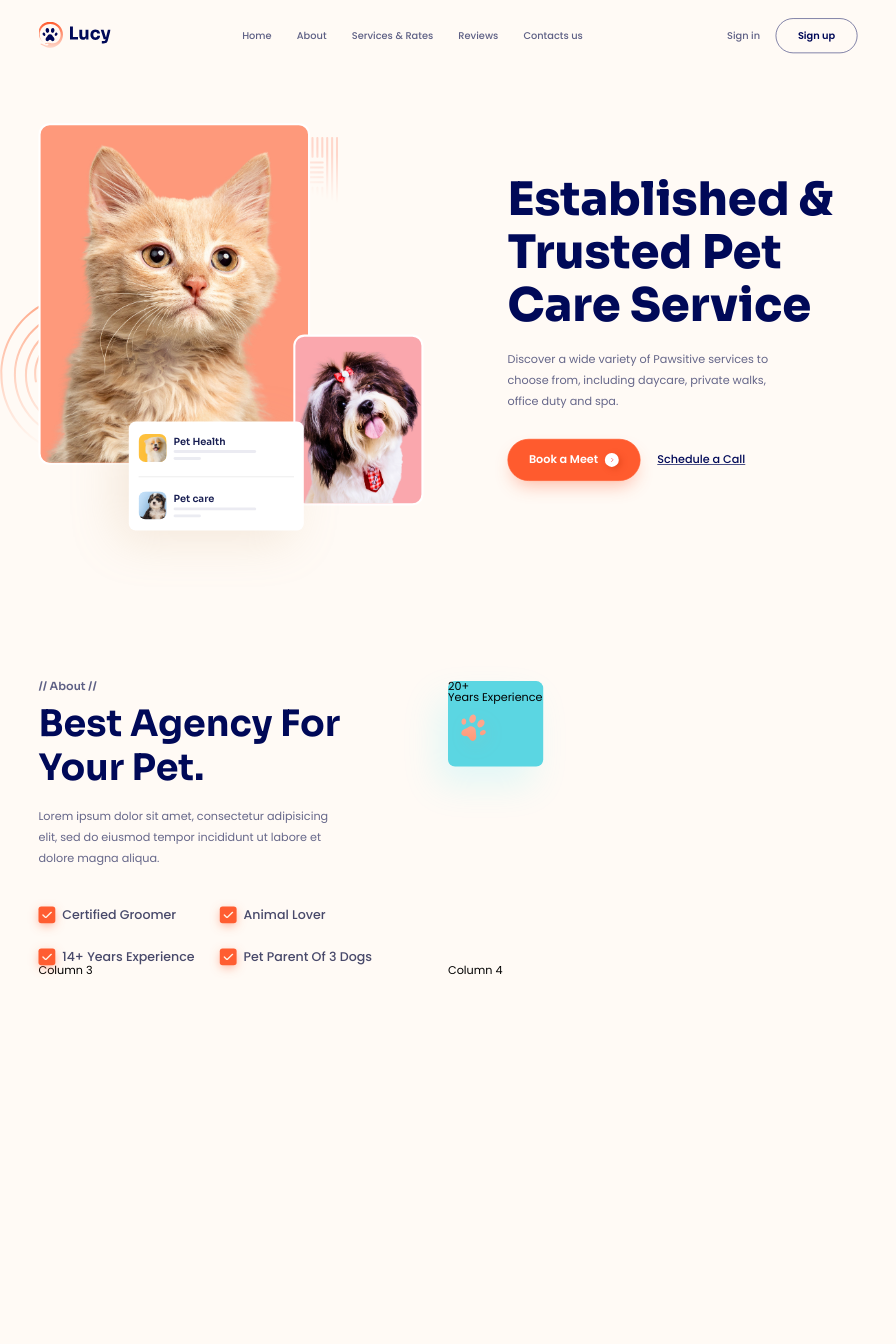
Repository: empty24062002/f8-project-05
Page: index.html
These files come from the project's save history. The page is drawn as it stood at one moment and after the next save; the edit follows.
The browser window is 1280 px wide. The pictures show the part of the page from y = 0 to 1920 px (the page is 10965 px tall), at 70% of full size.

Above is the page before, as saved 2023-09-11 10:07:29.

### index.html
<!DOCTYPE html>
<html lang="en">
    <head>
        <meta charset="UTF-8" />
        <meta name="viewport" content="width=device-width, initial-scale=1.0" />
        <title>Lucy</title>
        <!-- favicon -->
        <link
            rel="apple-touch-icon"
            sizes="57x57"
            href="./assets/favicon/apple-icon-57x57.png"
        />
        <link
            rel="apple-touch-icon"
            sizes="60x60"
            href="./assets/favicon/apple-icon-60x60.png"
        />
        <link
            rel="apple-touch-icon"
            sizes="72x72"
            href="./assets/favicon/apple-icon-72x72.png"
        />
        <link
            rel="apple-touch-icon"
            sizes="76x76"
            href="./assets/favicon/apple-icon-76x76.png"
        />
        <link
            rel="apple-touch-icon"
            sizes="114x114"
            href="./assets/favicon/apple-icon-114x114.png"
        />
        <link
            rel="apple-touch-icon"
            sizes="120x120"
            href="./assets/favicon/apple-icon-120x120.png"
        />
        <link
            rel="apple-touch-icon"
            sizes="144x144"
            href="./assets/favicon/apple-icon-144x144.png"
        />
        <link
            rel="apple-touch-icon"
            sizes="152x152"
            href="./assets/favicon/apple-icon-152x152.png"
        />
        <link
            rel="apple-touch-icon"
            sizes="180x180"
            href="./assets/favicon/apple-icon-180x180.png"
        />
        <link
            rel="icon"
            type="image/png"
            sizes="192x192"
            href="./assets/favicon/android-icon-192x192.png"
        />
        <link
            rel="icon"
            type="image/png"
            sizes="32x32"
            href="./assets/favicon/favicon-32x32.png"
        />
        <link
            rel="icon"
            type="image/png"
            sizes="96x96"
            href="./assets/favicon/favicon-96x96.png"
        />
        <link
            rel="icon"
            type="image/png"
            sizes="16x16"
            href="./assets/favicon/favicon-16x16.png"
        />
        <link rel="manifest" href="./assets/favicon/manifest.json" />
        <meta name="msapplication-TileColor" content="#ffffff" />
        <meta
            name="msapplication-TileImage"
            content="./assets/favicon/ms-icon-144x144.png"
        />
        <meta name="theme-color" content="#ffffff" />
        <!-- reset CSS -->
        <link rel="stylesheet" href="./assets/css/reset.css" />
        <!-- embed font -->
        <link rel="preconnect" href="https://fonts.googleapis.com" />
        <link rel="preconnect" href="https://fonts.gstatic.com" crossorigin />
        <link
            href="https://fonts.googleapis.com/css2?family=Poppins:wght@300;400;500;600&family=Sora:wght@600;700;800&display=swap"
            rel="stylesheet"
        />
        <!-- style css -->
        <link rel="stylesheet" href="./assets/css/styles.css" />
    </head>
    <body>
        <!-- header -->
        <header class="header">
            <div class="container">
                <div class="header__inner">
                    <!-- logo -->
                    <a href="#!">
                        <img
                            src="./assets/img/logo.svg"
                            alt="Lucy"
                            class="header__logo"
                        />
                    </a>
                    <!-- navbar -->
                    <nav class="navbar">
                        <ul class="navbar__list">
                            <li class="navbar__item">
                                <a href="#!" class="navbar__link"> Home </a>
                            </li>
                            <li class="navbar__item">
                                <a href="#!" class="navbar__link"> About </a>
                            </li>
                            <li class="navbar__item">
                                <a href="#!" class="navbar__link"
                                    >Services & Rates
                                </a>
                            </li>
                            <li class="navbar__item">
                                <a href="#!" class="navbar__link"> Reviews </a>
                            </li>
                            <li class="navbar__item">
                                <a href="#!" class="navbar__link">
                                    Contacts us
                                </a>
                            </li>
                        </ul>
                    </nav>
                    <!-- header action -->
                    <div class="header-action">
                        <a href="#!" class="header-action__link">Sign in</a>
                        <a href="#!" class="btn header-action__btn">Sign up</a>
                    </div>
                </div>
            </div>
        </header>
        <!-- hero -->
        <section class="hero">
            <div class="container">
                <div class="hero__inner">
                    <!-- hero media -->
                    <div class="hero__media">
                        <div class="hero__img-wrap">
                            <img
                                src="./assets/img/hero__img1.png"
                                alt=""
                                class="hero__img"
                            />

                            <!-- Decorators -->
                            <img
                                src="./assets/img/decor__01.svg"
                                alt=""
                                class="hero__decor hero__decor-left"
                            />
                            <img
                                src="./assets/img/decor__02.svg"
                                alt=""
                                class="hero__decor hero__decor-right"
                            />
                        </div>
                        <div class="hero__img-wrap hero__img-wrap-small">
                            <img
                                src="./assets/img/hero__img2.png"
                                alt=""
                                class="hero__img"
                            />
                        </div>

                        <div class="hero__list">
                            <!-- hero list item 1 -->
                            <section class="hero-list-item">
                                <img
                                    src="./assets/img/hero__img3.png"
                                    alt=""
                                    class="hero-list-item__thump"
                                />
                                <div class="hero-list-item__info">
                                    <p class="hero-list-item__title">
                                        Pet Health
                                    </p>
                                    <div class="hero-list-item__skeleton"></div>
                                    <div
                                        class="hero-list-item__skeleton"
                                        style="--width: 39px"
                                    ></div>
                                </div>
                            </section>

                            <div class="hero-list-item__separate"></div>
                            <!-- hero list item 2 -->
                            <section class="hero-list-item">
                                <img
                                    src="./assets/img/hero__img4.png"
                                    alt=""
                                    class="hero-list-item__thump"
                                />
                                <div class="hero-list-item__info">
                                    <p class="hero-list-item__title">
                                        Pet care
                                    </p>
                                    <div class="hero-list-item__skeleton"></div>
                                    <div
                                        class="hero-list-item__skeleton"
                                        style="--width: 39px"
                                    ></div>
                                </div>
                            </section>
                        </div>
                    </div>
                    <!-- hero content -->
                    <section class="hero__content">
                        <h1 class="hero__heading">
                            Established & Trusted Pet Care Service
                        </h1>
                        <p class="hero__desc">
                            Discover a wide variety of Pawsitive services to
                            choose from, including daycare, private walks,
                            office duty and spa.
                        </p>
                        <div class="hero__row">
                            <a href="#!" class="btn btn--primary hero__cta-btn">
                                Book a Meet
                                <span class="btn__icon">
                                    <svg
                                        width="5"
                                        height="6"
                                        viewBox="0 0 5 6"
                                        fill="none"
                                        xmlns="http://www.w3.org/2000/svg"
                                    >
                                        <path
                                            d="M1.48584 0.5L3.98584 3L1.48584 5.5"
                                            stroke="#FD5056"
                                            stroke-linecap="round"
                                            stroke-linejoin="round"
                                        />
                                    </svg>
                                </span>
                            </a>
                            <a href="#!" class="hero__cta-link">
                                Schedule a Call
                            </a>
                        </div>
                    </section>
                </div>
            </div>
        </section>
        <main style="height: 10000px">
            <!-- about -->
            <section class="about">
                <div class="container">
                    <div class="about__inner">
                        <section class="about__content">
                            <p class="about__lable">// About //</p>
                            <h2 class="about__heading section-heading">
                                Best Agency For Your Pet.
                            </h2>
                            <p class="about__desc section-desc">
                                Lorem ipsum dolor sit amet, consectetur
                                adipisicing elit, sed do eiusmod tempor
                                incididunt ut labore et dolore magna aliqua.
                            </p>
                            <div class="about__checklist">
                                <span class="about__check-item">
                                    Certified Groomer
                                </span>
                                <span class="about__check-item">
                                    Animal Lover
                                </span>
                                <span class="about__check-item">
                                    14+ Years Experience
                                </span>
                                <span class="about__check-item">
                                    Pet Parent Of 3 Dogs
                                </span>
                            </div>
                        </section>
                        <div class="about__media">
                            <!-- About card -->
                            <div class="about__card">
                                <b class="about__card-title">20+</b>
                                <p class="about__card-desc">Years Experience</p>
                                <img
                                    src="./assets/img/about-decor1.svg"
                                    alt=""
                                    class="about__card-decor"
                                />
                            </div>
                        </div>
                        <div class="about__media">Column 3</div>
                        <section class="about__content">Column 4</section>
                    </div>
                </div>
            </section>
        </main>
    </body>
</html>

### assets/css/styles.css
* {
    box-sizing: border-box;
}

:root {
    --primary-color: #ff5b2e;
}

html {
    font-size: 62.5%;
}

body {
    font-size: 1.6rem;
    font-family: "Poppins", sans-serif;
    background: #fffaf5;
}

/* common */

h1,
h2,
h3,
h4,
h5,
h6 {
    font-family: "Sora", sans-serif;
}

input,
textarea,
select,
button {
    font-size: inherit;
    font-family: inherit;
}

a {
    text-decoration: none;
}

.container {
    width: 1170px;
    max-width: calc(100% - 48px);
    margin: 0 auto;
}

.btn {
    --height: 56px;

    display: inline-flex;
    align-items: center;
    justify-content: center;
    min-width: 130px;
    height: var(--height);
    line-height: var(--height);
    border: 1px solid rgb(0, 9, 88, 0.7);
    border-radius: 99px;
    color: #000958;
    text-align: center;
    font-size: 1.4rem;
    font-weight: 600;
}

.btn:hover {
    opacity: 0.8;
    cursor: pointer;
}

.btn--primary {
    background: var(--primary-color);
    color: #fff;
    border-color: var(--primary-color);
}

.btn__icon {
    display: flex;
    justify-content: center;
    align-items: center;
    margin-left: 10px;
    width: 20px;
    height: 20px;
    border-radius: 50%;
    background-color: #fff;
    box-shadow: 4px 3px 10px -1px rgba(191, 41, 0, 0.4);
}

.section-heading {
    color: #000958;
    font-family: "Sora", sans-serif;
    font-size: 5.2rem;
    font-weight: 700;
    line-height: 1.19;
}

.section-desc {
    margin-top: 24px;
    color: #656689;
    font-size: 1.6rem;
    font-weight: 400;
    line-height: 1.87; /* 187.5% */
}

/* header */
.header {
    padding: 26px 0;
}

.header__inner {
    display: flex;
    justify-content: space-between;
    align-items: center;
}

.navbar__list {
    display: flex;
}

.navbar__link,
.header-action__link {
    padding: 8px 18px;
    color: #5e6085;
    font-size: 1.4rem;
    font-weight: 500;
    line-height: 1; /* 100% */
}

.navbar__link:hover {
    color: #000958;
    text-shadow: 1px 0 0 currentColor;
}

.header-action__btn {
    --height: 50px;

    min-width: 117px;
}

/* hero */
.hero {
    margin-top: 74px;
}

.hero__inner {
    display: flex;
    justify-content: space-between;
    align-items: center;
    column-gap: 120px;
}

.hero__media {
    display: flex;
    position: relative;
    padding-bottom: 94px;
}

.hero__img-wrap {
    position: relative;
    display: flex;
    justify-content: center;
    align-items: flex-end;
    width: 388px;
    height: 488px;
    border: 3px solid #fff;
    border-radius: 16px;
    background: #fe997b;
}

.hero__img {
    max-width: 100%;
    max-height: 100%;
    border-radius: inherit;
}

.hero__decor {
    position: absolute;
    z-index: -1;
}

.hero__decor-left {
    left: -58px;
    bottom: 10px;
}

.hero__decor-right {
    top: 16px;
    right: -43px;
}

.hero__img-wrap-small {
    align-self: flex-end;
    width: 186px;
    height: 244px;
    margin: 0 0 -58px -24px;
    border: 2px solod #f7dddf;
    background: #faa7ad;
}

.hero__list {
    position: absolute;
    left: 129px;
    bottom: 0;
    width: 250px;
    height: 156px;
    padding: 18px 14px;
    border-radius: 10px;
    background: #fff;
    box-shadow: -17px 14px 68px -4px rgba(207, 174, 132, 0.25);
}

.hero-list-item {
    display: flex;
    align-items: center;
}

.hero-list-item:nth-of-type(2) .hero-list-item__thump {
    background-color: #c6e2fa;
}

.hero-list-item__thump {
    width: 40px;
    height: 40px;
    border-radius: 10px;
    object-fit: cover;
    background: #fec23f;
}

.hero-list-item__info {
    margin-left: 10px;
}

.hero-list-item__title {
    color: #181e52;
    font-family: "Sora", sans-serif;
    font-size: 1.4rem;
    font-weight: 600;
    line-height: 1;
}

.hero-list-item__separate {
    margin: 20px 0;
    width: 100%;
    height: 2px;
    background: #f2f2f2;
}

.hero-list-item__skeleton {
    margin-top: 6px;
    width: var(--width, 118px);
    height: 4px;
    border-radius: 10px;
    opacity: 0.08;
    background: #000958;
}

.hero__heading {
    color: #000958;
    font-size: 6.6rem;
    font-weight: 800;
    line-height: 1.15; /* 115.152% */
}

.hero__desc {
    width: 391px;
    margin-top: 24px;
    color: #656689;
    font-size: 1.6rem;
    font-weight: 400;
    line-height: 1.88;
}

.hero__row {
    display: flex;
    align-items: center;
    margin-top: 38px;
}

.hero__cta-btn {
    --height: 60px;

    min-width: 190px;
    font-size: 1.6rem;
    box-shadow: 0px 13px 26px -8px rgba(255, 91, 46, 0.42);
}

.hero__cta-link {
    margin-left: 24px;
    color: #000958;
    font-size: 1.6rem;
    font-weight: 500;
    line-height: 1;
    text-decoration: underline;
}
/* about */
.about {
    margin-top: 207px;
    padding: 8px 0;
}

.about__inner {
    display: grid;
    grid-template-columns: 1fr 1fr;
}

.about__lable {
    color: #5e6085;
    font-family: "Sora", sans-serif;
    font-size: 1.6rem;
    font-weight: 600;
    line-height: 1;
}

.about__heading {
    margin-top: 15px;
}

.about__heading,
.about__desc {
    width: 444px;
}

.about__checklist {
    display: grid;
    grid-template-columns: auto auto;
    justify-content: flex-start;
    gap: 36px;
    margin-top: 54px;
}

.about__check-item {
    position: relative;
    display: flex;
    align-items: center;
    column-gap: 10px;
    color: #48496a;
    font-size: 1.8rem;
    font-weight: 500;
    line-height: 1;
}

.about__check-item::before {
    content: "";
    display: inline-block;
    width: 24px;
    height: 24px;
    background: #ff5d31;
    box-shadow: 0px 4px 15px -3px #ff5d31b0;
    border-radius: 4px;
}

.about__check-item::after {
    content: url(../icons/check-item.svg);
    position: absolute;
    top: 2px;
    left: 5px;
}

.about__card {
    width: 136px;
    border-radius: 10px;
    background: #5bd6e2;
    box-shadow: -15px 26px 48px 0px rgba(85, 240, 255, 0.17);
}

Loaded but not shown: assets/css/reset.css (common file)

After the next save:
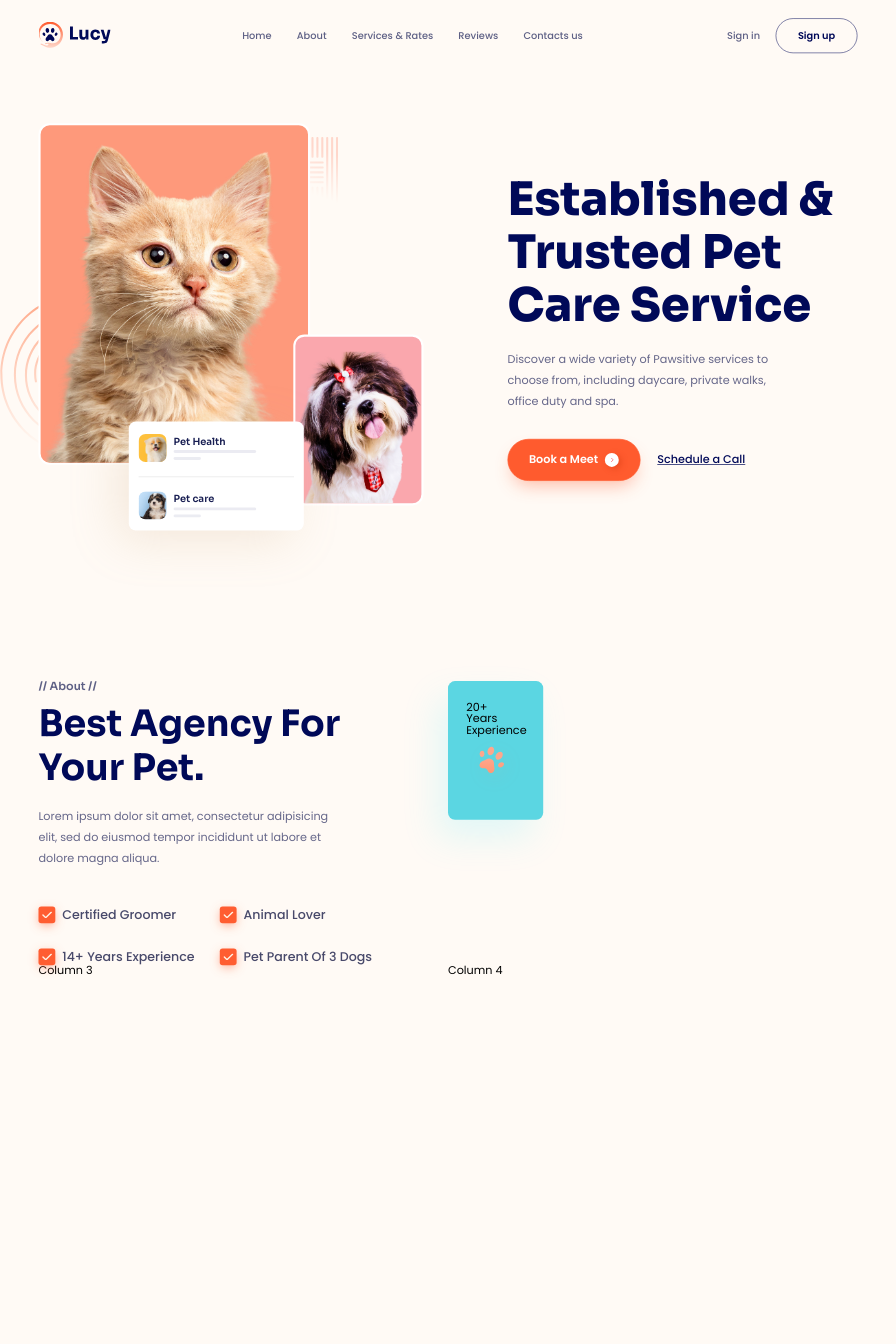
Saved 19 s later.
--- a/assets/css/styles.css
+++ b/assets/css/styles.css
@@ -357,6 +357,7 @@ a {
 
 .about__card {
     width: 136px;
+    padding: 30px 26px;
     border-radius: 10px;
     background: #5bd6e2;
     box-shadow: -15px 26px 48px 0px rgba(85, 240, 255, 0.17);
